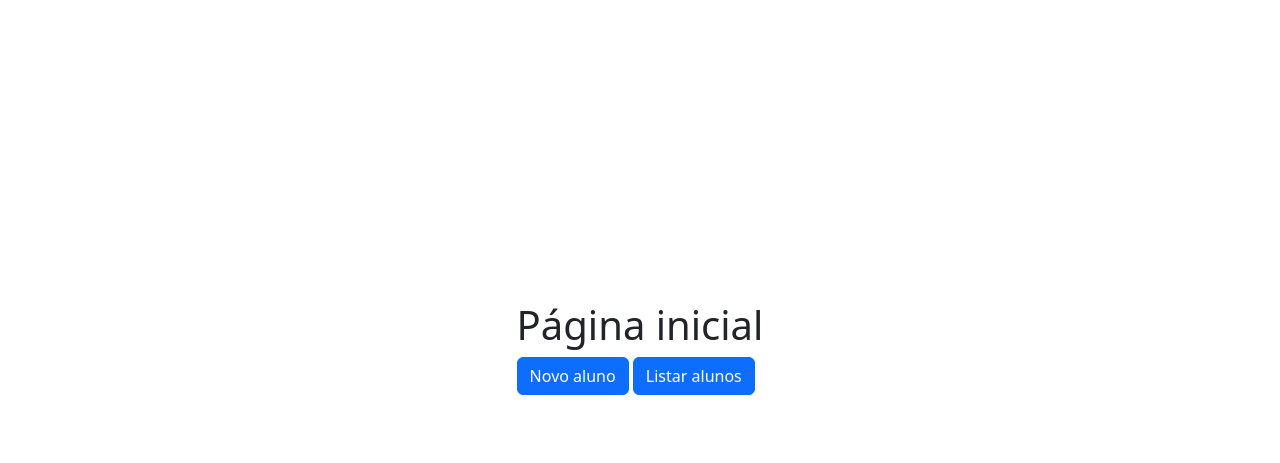
Repository: juliatbarbosa/CRUD-ALUNOS
Page: http://localhost/OlaMundo/alunos/cadastro/index.jsp
An editor plug-in stored every save of this project. The page is shown before and after the next save, followed by the edit.
The browser window is 1280 px wide. The pictures show the whole page.
The page is served by Tomcat 9.

Above is the page before, as saved 2024-09-29 21:11:51.

After the next save:
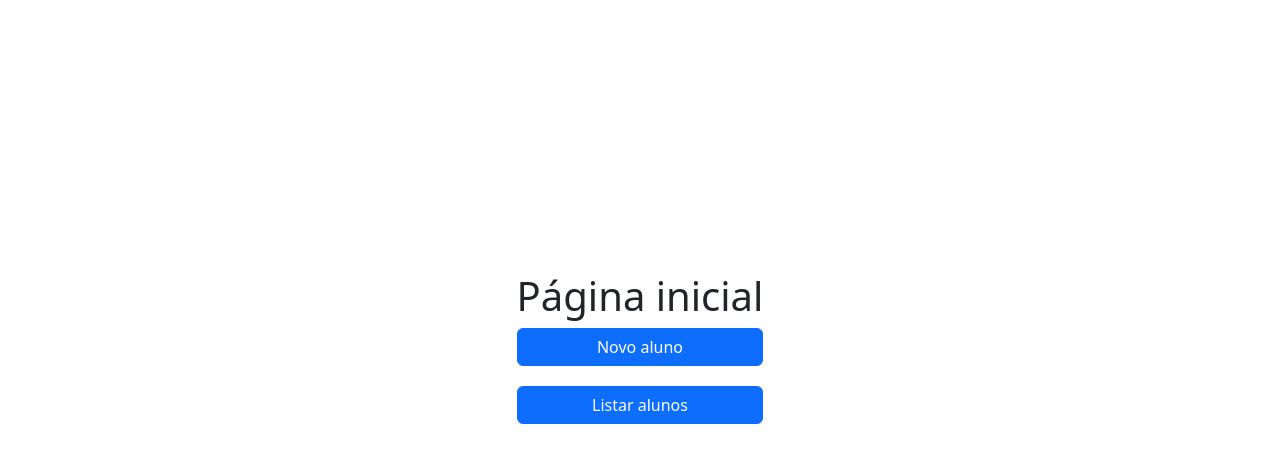
Saved 23 s later.
--- a/OlaMundo/src/main/webapp/alunos/cadastro/index.jsp
+++ b/OlaMundo/src/main/webapp/alunos/cadastro/index.jsp
@@ -24,7 +24,7 @@ body {
 	text-decoration: none;
 	color: white;
 }
-	botoes {
+	.botoes {
     display: flex;
     flex-direction: column;
 	gap: 20px;
